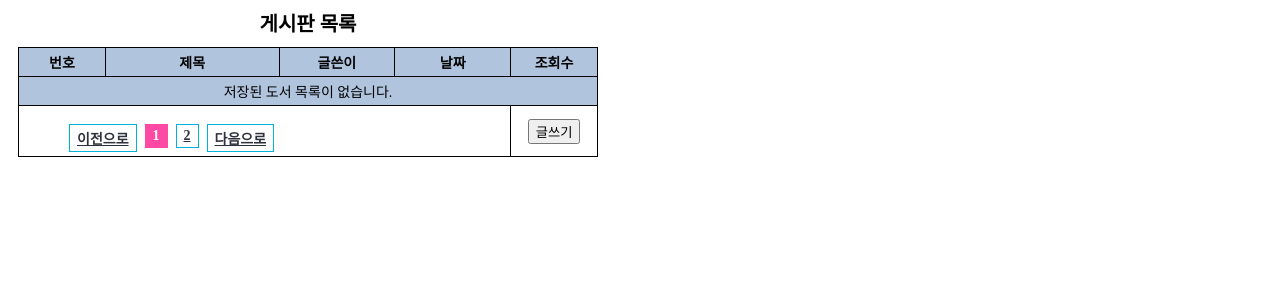
Repository: thghu123/java-mvc-example
Page: http://localhost/1014_BBS_MVC/bbs/list.jsp
The author's editor kept a copy of each file at every save. The page is drawn from the files as they stood at one save, then again after the next save.
The browser window is 1280 px wide. The pictures show the whole page.
The page is served by Tomcat 9. Other server files are loaded and not shown. The template is opened directly, without the code that normally fills it, so the values that code supplies are empty.

Above is the page before, as saved 2020-10-14 06:38:05.

### jspstudy_2/work/1014_BBS_MVC/WebContent/bbs/list.jsp
<%@ page language="java" contentType="text/html; charset=UTF-8"
    pageEncoding="UTF-8"%>
    <%@ taglib prefix = "c" uri = "http://java.sun.com/jsp/jstl/core" %>
    <%@ taglib prefix = "fn" uri = "http://java.sun.com/jsp/jstl/functions" %>
<!DOCTYPE HTML>
<html>
<head>
<meta charset="UTF-8">
<title>Insert title here</title>
<style type="text/css">
	#bbs table {
	    width:580px;
	    margin-left:10px;
	    border:1px solid black;
	    border-collapse:collapse;
	    font-size:14px;

	}

	#bbs table caption {
	    font-size:20px;
	    font-weight:bold;
	    margin-bottom:10px;
	}

	#bbs table th,#bbs table td {
	    text-align:center;
	    border:1px solid black;
	    padding:4px 10px;
	}

	.no {width:15%}
	.subject {width:30%}
	.writer {width:20%}
	.reg {width:20%}
	.hit {width:15%}
	.title{background:lightsteelblue}

	.odd {background:silver}

	/* paging */

	table tfoot ol.paging {
	    list-style:none;
	}

	table tfoot ol.paging li {
	    float:left;
	    margin-right:8px;
	}

	table tfoot ol.paging li a {
	    display:block;
	    padding:3px 7px;
	    border:1px solid #00B3DC;
	    color:#2f313e;
	    font-weight:bold;
	}

	table tfoot ol.paging li a:hover {
	    background:#00B3DC;
	    color:white;
	    font-weight:bold;
	}

	.disable {
	    padding:3px 7px;
	    border:1px solid silver;
	    color:silver;
	}

	.now {
	   padding:3px 7px;
	    border:1px solid #ff4aa5;
	    background:#ff4aa5;
	    color:white;
	    font-weight:bold;
	}
	.empty{height: 50px;}

</style>
</head>
<body>
	<div id="bbs">
		<table summary="게시판 목록">
			<caption>게시판 목록</caption>
			<thead>


				<tr class="title">
					<th class="no">번호</th>
					<th class="subject">제목</th>
					<th class="writer">글쓴이</th>
					<th class="reg">날짜</th>
					<th class="hit">조회수</th>
				</tr>



			</thead>

			<tfoot>
                      <tr>
                          <td colspan="4">
                              <ol class="paging">



<li><a href="#">이전으로</a></li>

	<li class="now">1</li>

	<li><a href="#">2</a></li>



		<li><a href="#">다음으로</a></li>

                              </ol>
                          </td>
						  <td>
							<input type="button" value="글쓰기"
			onclick="javascript:location.href='write.jsp'"/>
						  </td>
                      </tr>
                  </tfoot>
			<tbody>


		<c:if test = "${ar ne null}">
			<c:forEach items = "${requestScope.ar}" var = "arr">


				<tr>
					<td>${ar.b_idx}</td>
					<td style="text-align: left">
						<a href="#">
					${ar.subject}
					</a></td>
					<td>${ar.writer}</td>
<%-- 					<td>${fn:subString(ar.write_date,0,10)}</td> --%>
					<td>${ar.write_date}</td>
					<td>${ar.hit}</td>
				</tr>



			</c:forEach>

		</c:if>



		<c:if test = "${ar eq null}">
				<tr class= "title">
					<td colspan="5">
					저장된 도서 목록이 없습니다.
					</td>
				</tr>

		</c:if>




			</tbody>
		</table>

	</div>
</body>
</html>

After the next save:
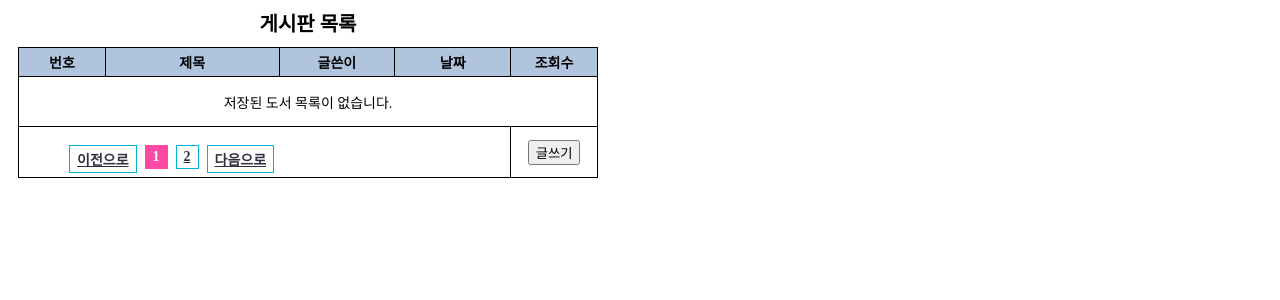
Saved 31 s later.
--- a/jspstudy_2/work/1014_BBS_MVC/WebContent/bbs/list.jsp
+++ b/jspstudy_2/work/1014_BBS_MVC/WebContent/bbs/list.jsp
@@ -149,10 +149,8 @@
 
 		</c:if>
 
-
-
 		<c:if test = "${ar eq null}">
-				<tr class= "title">
+				<tr class= "empty">
 					<td colspan="5">
 					저장된 도서 목록이 없습니다.
 					</td>
